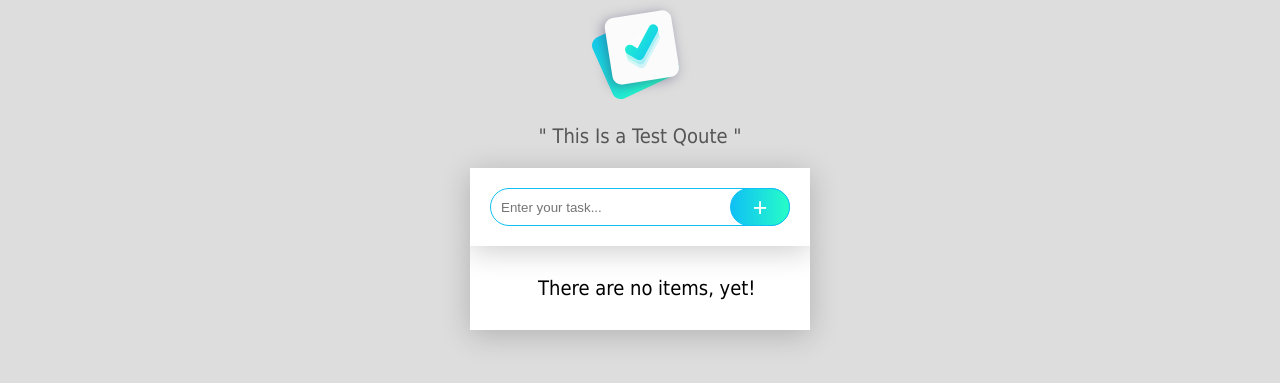
Repository: ahmedhamed15/React-Todo
Page: /
An editor plug-in stored every save of this project. The page is shown before and after the next save, followed by the edit.
The browser window is 1280 px wide. The pictures show the whole page.
The project was rebuilt for these pictures with package versions that can differ from the ones it lists, and the page was loaded fresh each time. Also part of the build but not shown: src/components/Todos/TodoItem/index.js.

Above is the page before, as saved 2021-07-27 01:01:47.

After the next save:
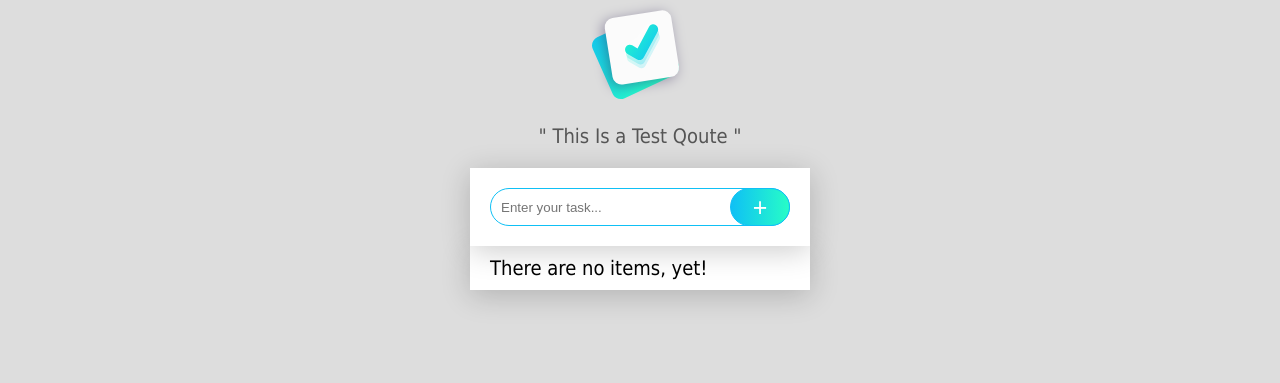
Saved 24 s later.
--- a/src/components/Todos/TodoList/index.js
+++ b/src/components/Todos/TodoList/index.js
@@ -78,7 +78,7 @@
             {/* Todos List */}
             <div className="todo-list">
                 {/* { state.error !== '' && (<div className="todo"> {state.error} </div>) } */}
-                { state.tasks.length > 0 ? state.tasks.map( (item) => <TodoItem key={item.id} task={item} /> ) : (<div className="todo"> There are no items, yet! </div>) }
+                { state.tasks.length > 0 ? state.tasks.map( (item) => <TodoItem key={item.id} task={item} /> ) : (<div className="tododfrtg"> There are no items, yet! </div>) }
             </div>
 
         </section>

After the save that followed:
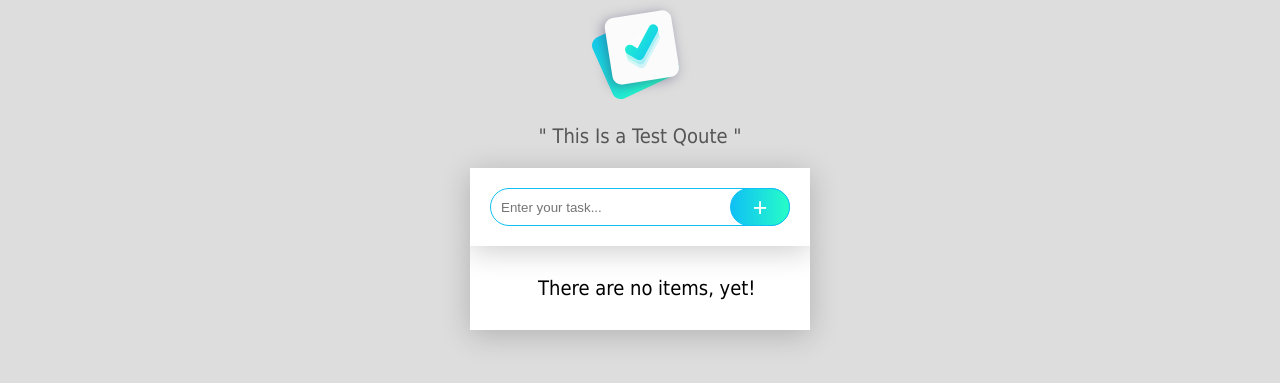
Saved 66 s later.
--- a/src/components/Todos/TodoList/index.js
+++ b/src/components/Todos/TodoList/index.js
@@ -78,7 +78,7 @@
             {/* Todos List */}
             <div className="todo-list">
                 {/* { state.error !== '' && (<div className="todo"> {state.error} </div>) } */}
-                { state.tasks.length > 0 ? state.tasks.map( (item) => <TodoItem key={item.id} task={item} /> ) : (<div className="tododfrtg"> There are no items, yet! </div>) }
+                { state.tasks.length > 0 ? state.tasks.map( (item) => <TodoItem key={item.id} task={item} setItemState={setItemState} /> ) : (<div className="todo"> There are no items, yet! </div>) }
             </div>
 
         </section>
